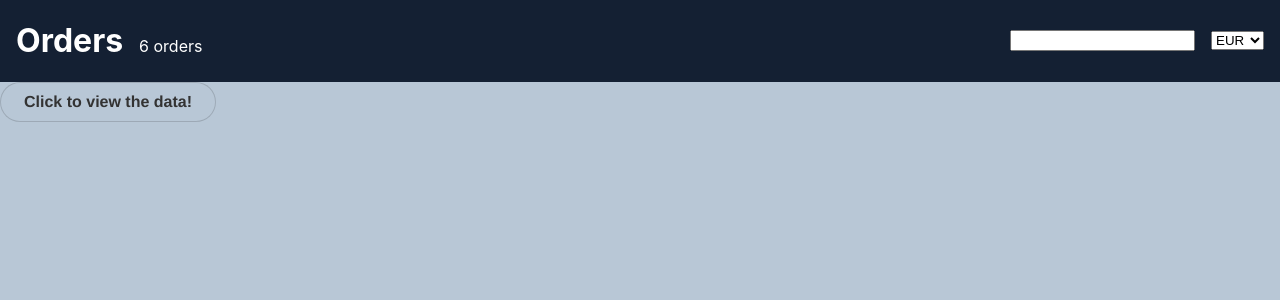
Repository: PreetiToppo/Assignment_Question_1
Page: /
An editor plug-in stored every save of this project. The page is shown before and after the next save, followed by the edit.
The browser window is 1280 px wide. The pictures show the whole page.
The project was rebuilt for these pictures with package versions that can differ from the ones it lists, and the page was loaded fresh each time. Also part of the build but not shown: src/component/list/ListRow.module.css, src/component/list/ListRow.jsx, src/component/list/ListRowCell.module.css, src/component/list/ListRowCell.jsx, src/component/list/ListHeader.jsx, src/component/list/ListHeaderCell.module.css, src/component/list/ListHeaderCell.jsx, src/component/list/List.module.css and 3 more.

Above is the page before, as saved 2023-08-06 13:22:34.

### src/pages/Dashboard.jsx
import { useState } from "react";

// Data
import mockData from "../assets/data.json";
import timestamps from "../assets/timeStamps.json";

// Components
import Dropdown from "../component/dropdown/Dropdown";
import HeaderTitle from "../component/header-title/HeaderTitle";
import Search from "../component/search/Search";
import List from "../component/list/List";
import StoryBookButton from "../stories/Button";

// Styles
import styles from "./Dashboard.module.css";
import Card from "../component/card/Card";

const Dashboard = () => {
  const [currency, setCurrency] = useState("EUR");
  const [searchText, setSearchText] = useState("");
  const [selectedOrder, setSelectedOrder] = useState(null);
  const [selectedOrderDetails, setSelectedOrderDetails] = useState({});
  const [selectedOrderTimeStamps, setSelectedOrderTimeStamps] = useState({});
  const [showPage, setShowPage] = useState(false);

  const mergedData = mockData.results.map((order, index) => {
    const timestampsData = timestamps.results[index]?.timestamps;
    if (timestampsData) {
      return { ...order, timestamps: timestampsData };
    }
    return order;
  });

  const handleClick = (order) => {
    setSelectedOrder(order);
    setSelectedOrderDetails({
      buySellIndicator: order.executionDetails.buySellIndicator,
      orderStatus: order.executionDetails.orderStatus,
      orderType: order.executionDetails.orderType,
    });

    setSelectedOrderTimeStamps({
      orderReceived: order.timestamps.orderReceived,
      orderStatusUpdated: order.timestamps.orderStatusUpdated,
      orderSubmitted: order.timestamps.orderSubmitted,
    });
  };

  const messageComponent = () => {
    setShowPage(!showPage);
  };

  return (
    <div>
      <div className={styles.header}>
        <HeaderTitle
          primaryTitle="Orders"
          secondaryTitle={`${mockData.results.length}
          orders`}
        />
        <div className={styles.actionBox}>
          <Search
            value={searchText}
            onChange={(e) => setSearchText(e.target.value)}
          />
          <Dropdown
            options={[
              "GBP",
              "USD",
              "JPY",
              "EUR",
              "AUD",
              "BGN",
              "BRL",
              "CAD",
              "CHF",
              "CNY",
              "DKK",
              "HKD",
              "HRK",
              "HUF",
              "IDR",
              "ILS",
              "KRW",
              "MXN",
              "MYR",
              "NOL",
              "NZD",
              "PHP",
              "PLN",
              "RON",
              "SEK",
              "SGD",
              "THB",
              "TRY",
              "ZAR",
            ]}
            onChange={(e) => setCurrency(e.target.value)}
            selectedItem={currency}
          />
        </div>
      </div>
      {showPage && (
        <div className={styles.content}>
          <div className={styles.section}>
            {selectedOrder && (
              <>
                <Card
                  cardData={selectedOrderDetails}
                  title="Selected Order Details"
                />
                <Card
                  cardData={selectedOrderTimeStamps}
                  title="Selected Order Timestamps"
                />
              </>
            )}
          </div>
          <List
            rows={mergedData}
            currency={currency}
            search={searchText}
            onItemClick={handleClick}
          />
        </div>
      )}

      <StoryBookButton
        primary={false}
        size="large"
        label="Click to view the data!"
        onClick={messageComponent}
      />
    </div>
  );
};

export default Dashboard;

### src/assets/data.json
{
  "header": {
    "returnedHits": 6,
    "totalHits": 151839,
    "skippedHits": 0,
    "previousSearchBefore": null,
    "nextSearchAfter": "WzE2Njc1NzU1NjAwMDBd",
    "offset": null
  },
  "results": [
    {
      "&hash": "f29403974dbdc9ce054b879d572610359a9f3d2d2531df63df8233a2ea879c78",
      "&id": "SE|20221104|179|9:1:NEWO",
      "&key": "Order:SE|20221104|179|9:1:NEWO:1667901986951",
      "&model": "Order",
      "executionDetails": {
        "buySellIndicator": "BUYI",
        "orderStatus": "NEWO",
        "orderType": "Market"
      },
      "statsDetails": {
        "avgVsArrivalPrice": 0.0,
        "avgArrivalPrice": 0.0,
        "avgVsMktPrice": 0.0,
        "avgMktPrice": 0.0,
        "avgVsBidAskSpread": 0.0,
        "avgBidAskSpread": 0.0,
        "avgVsClosePrice": 0.0,
        "avgClosePrice": 0.0,
        "avgVsInternalTwap": 0.0,
        "avgInternalTwap": 0.0,
        "avgVsInternalVwap": 0.0,
        "avgInternalVwap": 0.0,
        "avgVsMidPrice": 0.0,
        "avgMidPrice": 0.0,
        "avgVsMovingVwap": 0.0,
        "avgMovingVwap": 0.0,
        "avgVsTouchPrice": 0.0,
        "avgTouchPrice": 0.0,
        "avgVsOpenPrice": 0.0,
        "avgOpenPrice": 0.0,
        "avgVsVwap": 0.0,
        "avgVwap": 0.0,
        "avgPrice": 91.369091993762,
        "tradedQuantity": 195875.0,
        "amends": 0,
        "fills": 1,
        "lifeCycle": 1,
        "lastFillTime": 1667575741000
      },
      "bestExecutionData": {
        "orderVolume": {
          "AUD": 27757268.61955961,
          "BGN": 35456642.91433263,
          "BRL": 90068357.36117567,
          "CAD": 24203990.159998715,
          "CHF": 17880604.819718923,
          "CNY": 128523532.2000561,
          "CZK": 442745747.64998025,
          "DKK": 134913994.73574597,
          "EUR": 18128971.732453536,
          "GBP": 15858861.892115705,
          "HKD": 140486840.6463022,
          "HRK": 136607240.69555715,
          "HUF": 7272437010.473736,
          "IDR": 280850585574.541,
          "ILS": 63569239.379848324,
          "INR": 1468809289.7633855,
          "JPY": 2632145405.834929,
          "KRW": 25338863790.45031,
          "MXN": 349183937.43596077,
          "MYR": 84974116.30435622,
          "NOK": 184949956.71731773,
          "NZD": 30400472.698151335,
          "PHP": 1045534057.7540603,
          "PLN": 84888910.13721369,
          "RON": 88637981.49148509,
          "SEK": 196768233.3897042,
          "SGD": 25182954.633551206,
          "THB": 669067830.7579302,
          "TRY": 333292080.815292,
          "USD": 17896920.89427813,
          "ZAR": 322664877.5857278
        }
      },
      "transactionDetails": {
        "buySellIndicator": "BUYI",
        "priceCurrency": "USD",
        "priceNotation": "MONE",
        "quantityCurrency": "USD",
        "quantityNotation": "UNIT",
        "tradingCapacity": "AOTC",
        "ultimateVenue": "XNGS",
        "venue": "XNGS"
      }
    },
    {
      "&hash": "f29403974dbdc9ce054b879d572610359a9f3d2d2531df63df8233a2ea879c78",
      "&id": "SE|20221104|180|9:1:NEWO",
      "&key": "Order:SE|20221104|180|9:1:NEWO:1667901986951",
      "&model": "Order",
      "executionDetails": {
        "buySellIndicator": "BUYI",
        "orderStatus": "NEWO",
        "orderType": "Market"
      },
      "statsDetails": {
        "avgVsArrivalPrice": 0.0,
        "avgArrivalPrice": 0.0,
        "avgVsMktPrice": 0.0,
        "avgMktPrice": 0.0,
        "avgVsBidAskSpread": 0.0,
        "avgBidAskSpread": 0.0,
        "avgVsClosePrice": 0.0,
        "avgClosePrice": 0.0,
        "avgVsInternalTwap": 0.0,
        "avgInternalTwap": 0.0,
        "avgVsInternalVwap": 0.0,
        "avgInternalVwap": 0.0,
        "avgVsMidPrice": 0.0,
        "avgMidPrice": 0.0,
        "avgVsMovingVwap": 0.0,
        "avgMovingVwap": 0.0,
        "avgVsTouchPrice": 0.0,
        "avgTouchPrice": 0.0,
        "avgVsOpenPrice": 0.0,
        "avgOpenPrice": 0.0,
        "avgVsVwap": 0.0,
        "avgVwap": 0.0,
        "avgPrice": 91.369091993762,
        "tradedQuantity": 195875.0,
        "amends": 0,
        "fills": 1,
        "lifeCycle": 1,
        "lastFillTime": 1667575741000
      },
      "bestExecutionData": {
        "orderVolume": {
          "AUD": 27757268.61955961,
          "BGN": 35456642.91433263,
          "BRL": 90068357.36117567,
          "CAD": 24203990.159998715,
          "CHF": 17880604.819718923,
          "CNY": 128523532.2000561,
          "CZK": 442745747.64998025,
          "DKK": 134913994.73574597,
          "EUR": 18128971.732453536,
          "GBP": 15858861.892115705,
          "HKD": 140486840.6463022,
          "HRK": 136607240.69555715,
          "HUF": 7272437010.473736,
          "IDR": 280850585574.541,
          "ILS": 63569239.379848324,
          "INR": 1468809289.7633855,
          "JPY": 2632145405.834929,
          "KRW": 25338863790.45031,
          "MXN": 349183937.43596077,
          "MYR": 84974116.30435622,
          "NOK": 184949956.71731773,
          "NZD": 30400472.698151335,
          "PHP": 1045534057.7540603,
          "PLN": 84888910.13721369,
          "RON": 88637981.49148509,
          "SEK": 196768233.3897042,
          "SGD": 25182954.633551206,
          "THB": 669067830.7579302,
          "TRY": 333292080.815292,
          "USD": 17896920.89427813,
          "ZAR": 322664877.5857278
        }
      },
      "transactionDetails": {
        "buySellIndicator": "BUYI",
        "priceCurrency": "USD",
        "priceNotation": "MONE",
        "quantityCurrency": "USD",
        "quantityNotation": "UNIT",
        "tradingCapacity": "AOTC",
        "ultimateVenue": "XNGS",
        "venue": "XNGS"
      }
    },
    {
      "&hash": "f29403974dbdc9ce054b879d572610359a9f3d2d2531df63df8233a2ea879c78",
      "&id": "SE|20221104|181|9:1:NEWO",
      "&key": "Order:SE|20221104|181|9:1:NEWO:1667901986951",
      "&model": "Order",
      "executionDetails": {
        "buySellIndicator": "BUYI",
        "orderStatus": "NEWO",
        "orderType": "Market"
      },
      "statsDetails": {
        "avgVsArrivalPrice": 0.0,
        "avgArrivalPrice": 0.0,
        "avgVsMktPrice": 0.0,
        "avgMktPrice": 0.0,
        "avgVsBidAskSpread": 0.0,
        "avgBidAskSpread": 0.0,
        "avgVsClosePrice": 0.0,
        "avgClosePrice": 0.0,
        "avgVsInternalTwap": 0.0,
        "avgInternalTwap": 0.0,
        "avgVsInternalVwap": 0.0,
        "avgInternalVwap": 0.0,
        "avgVsMidPrice": 0.0,
        "avgMidPrice": 0.0,
        "avgVsMovingVwap": 0.0,
        "avgMovingVwap": 0.0,
        "avgVsTouchPrice": 0.0,
        "avgTouchPrice": 0.0,
        "avgVsOpenPrice": 0.0,
        "avgOpenPrice": 0.0,
        "avgVsVwap": 0.0,
        "avgVwap": 0.0,
        "avgPrice": 91.369091993762,
        "tradedQuantity": 195875.0,
        "amends": 0,
        "fills": 1,
        "lifeCycle": 1,
        "lastFillTime": 1667575741000
      },
      "bestExecutionData": {
        "orderVolume": {
          "AUD": 27757268.61955961,
          "BGN": 35456642.91433263,
          "BRL": 90068357.36117567,
          "CAD": 24203990.159998715,
          "CHF": 17880604.819718923,
          "CNY": 128523532.2000561,
          "CZK": 442745747.64998025,
          "DKK": 134913994.73574597,
          "EUR": 18128971.732453536,
          "GBP": 15858861.892115705,
          "HKD": 140486840.6463022,
          "HRK": 136607240.69555715,
          "HUF": 7272437010.473736,
          "IDR": 280850585574.541,
          "ILS": 63569239.379848324,
          "INR": 1468809289.7633855,
          "JPY": 2632145405.834929,
          "KRW": 25338863790.45031,
          "MXN": 349183937.43596077,
          "MYR": 84974116.30435622,
          "NOK": 184949956.71731773,
          "NZD": 30400472.698151335,
          "PHP": 1045534057.7540603,
          "PLN": 84888910.13721369,
          "RON": 88637981.49148509,
          "SEK": 196768233.3897042,
          "SGD": 25182954.633551206,
          "THB": 669067830.7579302,
          "TRY": 333292080.815292,
          "USD": 17896920.89427813,
          "ZAR": 322664877.5857278
        }
      },
      "transactionDetails": {
        "buySellIndicator": "BUYI",
        "priceCurrency": "USD",
        "priceNotation": "MONE",
        "quantityCurrency": "USD",
        "quantityNotation": "UNIT",
        "tradingCapacity": "AOTC",
        "ultimateVenue": "XNGS",
        "venue": "XNGS"
      }
    },
    {
      "&hash": "f29403974dbdc9ce054b879d572610359a9f3d2d2531df63df8233a2ea879c78",
      "&id": "SE|20221104|182|9:1:NEWO",
      "&key": "Order:SE|20221104|182|9:1:NEWO:1667901986951",
      "&model": "Order",
      "executionDetails": {
        "buySellIndicator": "BUYI",
        "orderStatus": "NEWO",
        "orderType": "Market"
      },
      "statsDetails": {
        "avgVsArrivalPrice": 0.0,
        "avgArrivalPrice": 0.0,
        "avgVsMktPrice": 0.0,
        "avgMktPrice": 0.0,
        "avgVsBidAskSpread": 0.0,
        "avgBidAskSpread": 0.0,
        "avgVsClosePrice": 0.0,
        "avgClosePrice": 0.0,
        "avgVsInternalTwap": 0.0,
        "avgInternalTwap": 0.0,
        "avgVsInternalVwap": 0.0,
        "avgInternalVwap": 0.0,
        "avgVsMidPrice": 0.0,
        "avgMidPrice": 0.0,
        "avgVsMovingVwap": 0.0,
        "avgMovingVwap": 0.0,
        "avgVsTouchPrice": 0.0,
        "avgTouchPrice": 0.0,
        "avgVsOpenPrice": 0.0,
        "avgOpenPrice": 0.0,
        "avgVsVwap": 0.0,
        "avgVwap": 0.0,
        "avgPrice": 91.369091993762,
        "tradedQuantity": 195875.0,
        "amends": 0,
        "fills": 1,
        "lifeCycle": 1,
        "lastFillTime": 1667575741000
      },
      "bestExecutionData": {
        "orderVolume": {
          "AUD": 27757268.61955961,
          "BGN": 35456642.91433263,
          "BRL": 90068357.36117567,
          "CAD": 24203990.159998715,
          "CHF": 17880604.819718923,
          "CNY": 128523532.2000561,
          "CZK": 442745747.64998025,
          "DKK": 134913994.73574597,
          "EUR": 18128971.732453536,
          "GBP": 15858861.892115705,
          "HKD": 140486840.6463022,
          "HRK": 136607240.69555715,
          "HUF": 7272437010.473736,
          "IDR": 280850585574.541,
          "ILS": 63569239.379848324,
          "INR": 1468809289.7633855,
          "JPY": 2632145405.834929,
          "KRW": 25338863790.45031,
          "MXN": 349183937.43596077,
          "MYR": 84974116.30435622,
          "NOK": 184949956.71731773,
          "NZD": 30400472.698151335,
          "PHP": 1045534057.7540603,
          "PLN": 84888910.13721369,
          "RON": 88637981.49148509,
          "SEK": 196768233.3897042,
          "SGD": 25182954.633551206,
          "THB": 669067830.7579302,
          "TRY": 333292080.815292,
          "USD": 17896920.89427813,
          "ZAR": 322664877.5857278
        }
      },
      "transactionDetails": {
        "buySellIndicator": "BUYI",
        "priceCurrency": "USD",
        "priceNotation": "MONE",
        "quantityCurrency": "USD",
        "quantityNotation": "UNIT",
        "tradingCapacity": "AOTC",
        "ultimateVenue": "XNGS",
        "venue": "XNGS"
      }
    },
    {
      "&hash": "f29403974dbdc9ce054b879d572610359a9f3d2d2531df63df8233a2ea879c78",
      "&id": "SE|20221104|183|9:1:NEWO",
      "&key": "Order:SE|20221104|183|9:1:NEWO:1667901986951",
      "&model": "Order",
      "executionDetails": {
        "buySellIndicator": "BUYI",
        "orderStatus": "NEWO",
        "orderType": "Market"
      },
      "statsDetails": {
        "avgVsArrivalPrice": 0.0,
        "avgArrivalPrice": 0.0,
        "avgVsMktPrice": 0.0,
        "avgMktPrice": 0.0,
        "avgVsBidAskSpread": 0.0,
        "avgBidAskSpread": 0.0,
        "avgVsClosePrice": 0.0,
        "avgClosePrice": 0.0,
        "avgVsInternalTwap": 0.0,
        "avgInternalTwap": 0.0,
        "avgVsInternalVwap": 0.0,
        "avgInternalVwap": 0.0,
        "avgVsMidPrice": 0.0,
        "avgMidPrice": 0.0,
        "avgVsMovingVwap": 0.0,
        "avgMovingVwap": 0.0,
        "avgVsTouchPrice": 0.0,
        "avgTouchPrice": 0.0,
        "avgVsOpenPrice": 0.0,
        "avgOpenPrice": 0.0,
        "avgVsVwap": 0.0,
        "avgVwap": 0.0,
        "avgPrice": 91.369091993762,
        "tradedQuantity": 195875.0,
        "amends": 0,
        "fills": 1,
        "lifeCycle": 1,
        "lastFillTime": 1667575741000
      },
      "bestExecutionData": {
        "orderVolume": {
          "AUD": 27757268.61955961,
          "BGN": 35456642.91433263,
          "BRL": 90068357.36117567,
          "CAD": 24203990.159998715,
          "CHF": 17880604.819718923,
          "CNY": 128523532.2000561,
          "CZK": 442745747.64998025,
          "DKK": 134913994.73574597,
          "EUR": 18128971.732453536,
          "GBP": 15858861.892115705,
          "HKD": 140486840.6463022,
          "HRK": 136607240.69555715,
          "HUF": 7272437010.473736,
          "IDR": 280850585574.541,
          "ILS": 63569239.379848324,
          "INR": 1468809289.7633855,
          "JPY": 2632145405.834929,
          "KRW": 25338863790.45031,
          "MXN": 349183937.43596077,
          "MYR": 84974116.30435622,
          "NOK": 184949956.71731773,
          "NZD": 30400472.698151335,
          "PHP": 1045534057.7540603,
          "PLN": 84888910.13721369,
          "RON": 88637981.49148509,
          "SEK": 196768233.3897042,
          "SGD": 25182954.633551206,
          "THB": 669067830.7579302,
          "TRY": 333292080.815292,
          "USD": 17896920.89427813,
          "ZAR": 322664877.5857278
        }
      },
      "transactionDetails": {
        "buySellIndicator": "BUYI",
        "priceCurrency": "USD",
        "priceNotation": "MONE",
        "quantityCurrency": "USD",
        "quantityNotation": "UNIT",
        "tradingCapacity": "AOTC",
        "ultimateVenue": "XNGS",
        "venue": "XNGS"
      }
    },
    {
      "&hash": "f29403974dbdc9ce054b879d572610359a9f3d2d2531df63df8233a2ea879c78",
      "&id": "SE|202211454|184|9:1:NEWO",
      "&key": "Order:SE|20221104|184|9:1:NEWO:1667901986951",
      "&model": "Order",
      "executionDetails": {
        "buySellIndicator": "SELL",
        "orderStatus": "NEWO",
        "orderType": "Market"
      },
      "statsDetails": {
        "avgVsArrivalPrice": 0.0,
        "avgArrivalPrice": 0.0,
        "avgVsMktPrice": 0.0,
        "avgMktPrice": 0.0,
        "avgVsBidAskSpread": 0.0,
        "avgBidAskSpread": 0.0,
        "avgVsClosePrice": 0.0,
        "avgClosePrice": 0.0,
        "avgVsInternalTwap": 0.0,
        "avgInternalTwap": 0.0,
        "avgVsInternalVwap": 0.0,
        "avgInternalVwap": 0.0,
        "avgVsMidPrice": 0.0,
        "avgMidPrice": 0.0,
        "avgVsMovingVwap": 0.0,
        "avgMovingVwap": 0.0,
        "avgVsTouchPrice": 0.0,
        "avgTouchPrice": 0.0,
        "avgVsOpenPrice": 0.0,
        "avgOpenPrice": 0.0,
        "avgVsVwap": 0.0,
        "avgVwap": 0.0,
        "avgPrice": 91.369091993762,
        "tradedQuantity": 195875.0,
        "amends": 0,
        "fills": 1,
        "lifeCycle": 1,
        "lastFillTime": 1667575741000
      },
      "bestExecutionData": {
        "orderVolume": {
          "AUD": 27757268.61955961,
          "BGN": 35456642.91433263,
          "BRL": 90068357.36117567,
          "CAD": 24203990.159998715,
          "CHF": 17880604.819718923,
          "CNY": 128523532.2000561,
          "CZK": 442745747.64998025,
          "DKK": 134913994.73574597,
          "EUR": 18128971.732453536,
          "GBP": 15858861.892115705,
          "HKD": 140486840.6463022,
          "HRK": 136607240.69555715,
          "HUF": 7272437010.473736,
          "IDR": 280850585574.541,
          "ILS": 63569239.379848324,
          "INR": 1468809289.7633855,
          "JPY": 2632145405.834929,
          "KRW": 25338863790.45031,
          "MXN": 349183937.43596077,
          "MYR": 84974116.30435622,
          "NOK": 184949956.71731773,
          "NZD": 30400472.698151335,
          "PHP": 1045534057.7540603,
          "PLN": 84888910.13721369,
          "RON": 88637981.49148509,
          "SEK": 196768233.3897042,
          "SGD": 25182954.633551206,
          "THB": 669067830.7579302,
          "TRY": 333292080.815292,
          "USD": 17896920.89427813,
          "ZAR": 322664877.5857278
        }
      },
      "transactionDetails": {
        "buySellIndicator": "BUYI",
        "priceCurrency": "USD",
        "priceNotation": "MONE",
        "quantityCurrency": "USD",
        "quantityNotation": "UNIT",
        "tradingCapacity": "AOTC",
        "ultimateVenue": "XNGS",
        "venue": "XNGS"
      }
    }
  ]
}

### src/assets/timeStamps.json
{
  "results": [
    {
      "&id": "SE|20221104|179|9:1:NEWO",
      "timestamps": {
        "orderReceived": "2022-11-04T15:29:00Z",
        "orderStatusUpdated": "2022-11-04T15:29:00Z",
        "orderSubmitted": "2022-11-04T15:29:00Z"
      }
    },
    {
      "&id": "SE|20221104|180|9:1:NEWO",
      "timestamps": {
        "orderReceived": "2022-11-04T15:29:00Z",
        "orderStatusUpdated": "2022-11-04T15:29:00Z",
        "orderSubmitted": "2022-11-04T15:29:00Z"
      }
    },
    {
      "&id": "SE|20221104|181|9:1:NEWO",
      "timestamps": {
        "orderReceived": "2022-11-04T15:29:00Z",
        "orderStatusUpdated": "2022-11-04T15:29:00Z",
        "orderSubmitted": "2022-11-04T15:29:00Z"
      }
    },
    {
      "&id": "SE|20221104|182|9:1:NEWO",
      "timestamps": {
        "orderReceived": "2022-11-04T15:29:00Z",
        "orderStatusUpdated": "2022-11-04T15:29:00Z",
        "orderSubmitted": "2022-11-04T15:29:00Z"
      }
    },
    {
      "&id": "SE|20221104|183|9:1:NEWO",
      "timestamps": {
        "orderReceived": "2022-11-04T15:29:00Z",
        "orderStatusUpdated": "2022-11-04T15:29:00Z",
        "orderSubmitted": "2022-11-04T15:29:00Z"
      }
    },
    {
      "&id": "SE|202211454|184|9:1:NEWO",
      "timestamps": {
        "orderReceived": "2022-11-04T15:29:00Z",
        "orderStatusUpdated": "2022-11-04T15:29:00Z",
        "orderSubmitted": "2022-11-04T15:29:00Z"
      }
    }
  ]
}

### src/component/dropdown/Dropdown.jsx
const Dropdown = ({ options, onChange, selectedItem }) => {
  return (
    <select
      name="currency"
      id="currency"
      value={selectedItem}
      onChange={onChange}
    >
      {options.map((option) => (
        <option value={option} key={option}>
          {option}
        </option>
      ))}
    </select>
  );
};

export default Dropdown;

### src/component/search/Search.jsx
const Search = ({ searchText, onChange }) => {
  return <input type="text" value={searchText} onChange={onChange} />
}

export default Search

### src/stories/Button.jsx
import React from "react";
import PropTypes from "prop-types";
import "./button.css";

/**
 * Primary UI component for user interaction
 */
export const Button = ({ primary, backgroundColor, size, label, ...props }) => {
  const mode = primary
    ? "storybook-button--primary"
    : "storybook-button--secondary";
  return (
    <button
      type="button"
      className={["storybook-button", `storybook-button--${size}`, mode].join(
        " "
      )}
      style={backgroundColor && { backgroundColor }}
      {...props}
    >
      {label}
    </button>
  );
};

Button.propTypes = {
  /**
   * Is this the principal call to action on the page?
   */
  primary: PropTypes.bool,
  /**
   * What background color to use
   */
  backgroundColor: PropTypes.string,
  /**
   * How large should the button be?
   */
  size: PropTypes.oneOf(["small", "medium", "large"]),
  /**
   * Button contents
   */
  label: PropTypes.string.isRequired,
  /**
   * Optional click handler
   */
  onClick: PropTypes.func,
};

Button.defaultProps = {
  backgroundColor: null,
  primary: false,
  size: "medium",
  onClick: undefined,
};

export default Button;

### src/pages/Dashboard.module.css
.header {
  display: flex;
  padding: 0 1em;
  background-color: #142033;
  color: white;
  justify-content: space-between;
}

.actionBox {
  display: flex;
  justify-content: center;
  align-items: center;
  gap: 1em;
}

.content {
  display: flex;
  flex-direction: column;
  background-color: rgb(184, 199, 214);
  gap: 1em;
  margin: 1em;
}

.section {
  display: flex;
  flex-direction: row;
  gap: 1em;
}

Loaded but not shown: public/index.html (common file); src/index.js (common file); src/App.js (common file); src/reportWebVitals.js (common file); src/index.css (common file); src/component/header-title/HeaderTitle.jsx (common file); src/component/header-title/HeaderTitle.module.css (common file); src/stories/button.css (common file)

After the next save:
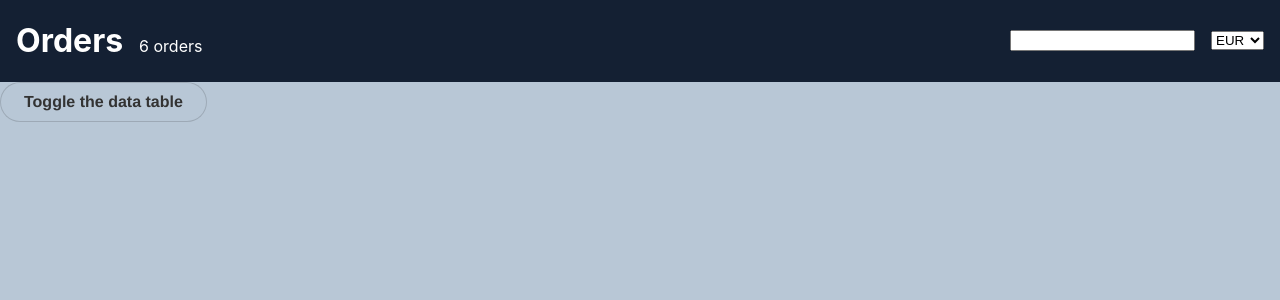
Saved 41 s later.
--- a/src/pages/Dashboard.jsx
+++ b/src/pages/Dashboard.jsx
@@ -128,7 +128,7 @@ const Dashboard = () => {
       <StoryBookButton
         primary={false}
         size="large"
-        label="Click to view the data!"
+        label="Toggle the data table"
         onClick={messageComponent}
       />
     </div>
